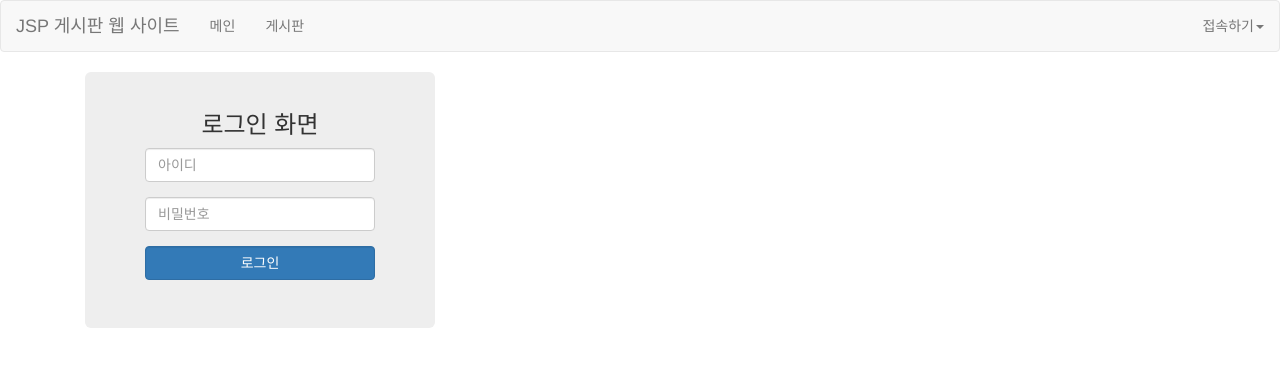
Repository: mas615/2023.03.23_JSP-comp-
Page: http://localhost/JSPproject/login.jsp
An editor plug-in stored every save of this project. The page is shown before and after the next save, followed by the edit.
The browser window is 1280 px wide. The pictures show the whole page.
Some web libraries are served in a nearby version. The page is served by Tomcat 9. Other server files are loaded and not shown.

Above is the page before, as saved 2023-03-24 05:19:59.

### JSPproject/src/main/webapp/login.jsp
<%@ page language="java" contentType="text/html; charset=UTF-8"
    pageEncoding="UTF-8"%>
<!DOCTYPE html>
<html>
<head>
<meta charset="UTF-8">
<!-- 화면 최적화 -->
<meta name="viewport" content="width=device-width", initial-scale="1">
<!-- 루트 폴더에 부트스트랩을 참조하는 링크 -->
<link rel="stylesheet" href="css/bootstrap.css">
<title>BBS</title>
</head>
<body>
	<nav class="navbar navbar-default"> <!-- 네비게이션 -->
		<div class="navbar-header"> 	<!-- 네비게이션 상단 부분 -->
			<!-- 네비게이션 상단 박스 영역 -->
			<button type="button" class="navbar-toggle collapsed"
				data-toggle="collapse" data-target="#bs-example-navbar-collapse-1"
				aria-expanded="false">
				<!-- 이 삼줄 버튼은 화면이 좁아지면 우측에 나타난다 -->
				<span class="icon-bar"></span>
				<span class="icon-bar"></span>
				<span class="icon-bar"></span>
			</button>
			<!-- 상단 바에 제목이 나타나고 클릭하면 main 페이지로 이동한다 -->
			<a class="navbar-brand" href="main.jsp">JSP 게시판 웹 사이트</a>
		</div>
		<!-- 게시판 제목 이름 옆에 나타나는 메뉴 영역 -->
		<div class="collapse navbar-collapse" id="bs-example-navbar-collapse-1">
			<ul class="nav navbar-nav">
				<li><a href="main.jsp">메인</a></li>
				<li><a href="bbs.jsp">게시판</a></li>
			</ul>
			<!-- 헤더 우측에 나타나는 드랍다운 영역 -->
			<ul class="nav navbar-nav navbar-right">
				<li class="dropdown">
					<a href="#" class="dropdown-toggle"
						data-toggle="dropdown" role="button" aria-haspopup="true"
						aria-expanded="false">접속하기<span class="caret"></span></a>
					<!-- 드랍다운 아이템 영역 -->
					<ul class="dropdown-menu">
						<li class="active"><a href="login.jsp">로그인</a></li>
						<li><a href="join.jsp">회원가입</a></li>
					</ul>
				</li>
			</ul>
		</div>
	</nav>
	<!-- 로그인 양식 -->
	<div class="container">		<!-- 하나의 영역 생성 -->
		<div class="col-lg-4">	<!-- 영역 크기 -->
			<!-- 점보트론은 특정 컨텐츠, 정보를 두드러지게 하기 위한 큰 박스 -->
			<div class="jumbotron" style="padding-top: 20px;">
				<form method="post" action="loginAction.jsp">
					<h3 style="text-align: center;">로그인 화면</h3>
					<div class="form-group">
						<input type="text" class="form-control" placeholder="아이디" name="userID" maxlength="20">
					</div>
					<div class="form-group">
						<input type="password" class="form-control" placeholder="비밀번호" name="userPassword" maxlength="20">
					</div>
					<input type="submit" class="btn btn-primary form-control" value="로그인">
				</form>
			</div>
		</div>
	</div>
	<!-- 부트스트랩 참조 영역 -->
	<script src="https://code.jquery.com/jquery-3.1.1.min.js"></script>
	<script src="js/bootstrap.js"></script>
</body>

Loaded but not shown: JSPproject/src/main/webapp/css/bootstrap.css (library); JSPproject/src/main/webapp/js/bootstrap.js (library)

After the next save:
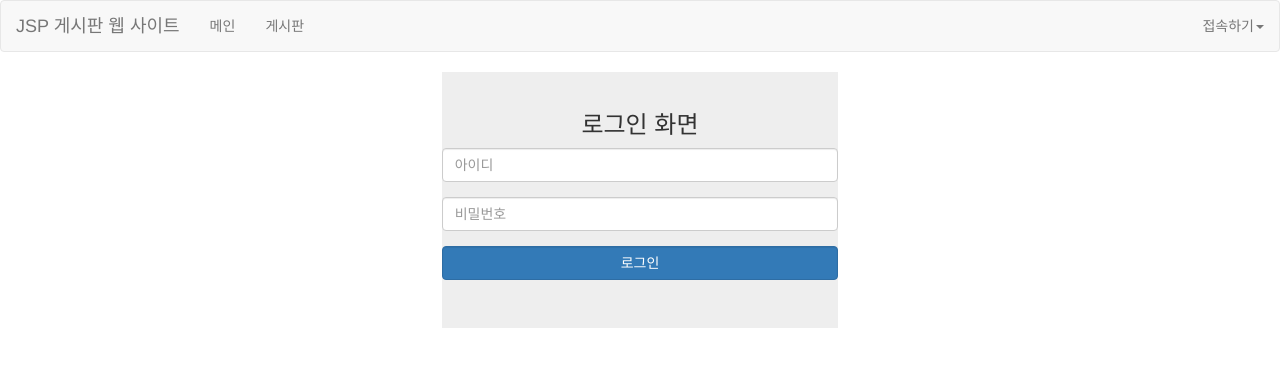
Saved 29 s later.
--- a/JSPproject/src/main/webapp/login.jsp
+++ b/JSPproject/src/main/webapp/login.jsp
@@ -47,9 +47,9 @@
 		</div>
 	</nav>
 	<!-- 로그인 양식 -->
-	<div class="container">		<!-- 하나의 영역 생성 -->
-		<div class="col-lg-4">	<!-- 영역 크기 -->
-			<!-- 점보트론은 특정 컨텐츠, 정보를 두드러지게 하기 위한 큰 박스 -->
+<div class="contaner">
+		<div class="col-lg-4"></div>
+		<div class="col-lg-4">
 			<div class="jumbotron" style="padding-top: 20px;">
 				<form method="post" action="loginAction.jsp">
 					<h3 style="text-align: center;">로그인 화면</h3>
@@ -59,10 +59,11 @@
 					<div class="form-group">
 						<input type="password" class="form-control" placeholder="비밀번호" name="userPassword" maxlength="20">
 					</div>
-					<input type="submit" class="btn btn-primary form-control" value="로그인">
+					<input type="submit" class="btn-primary form-control" value="로그인">
 				</form>
 			</div>
 		</div>
+		<div class="col-lg-4"></div>
 	</div>
 	<!-- 부트스트랩 참조 영역 -->
 	<script src="https://code.jquery.com/jquery-3.1.1.min.js"></script>
